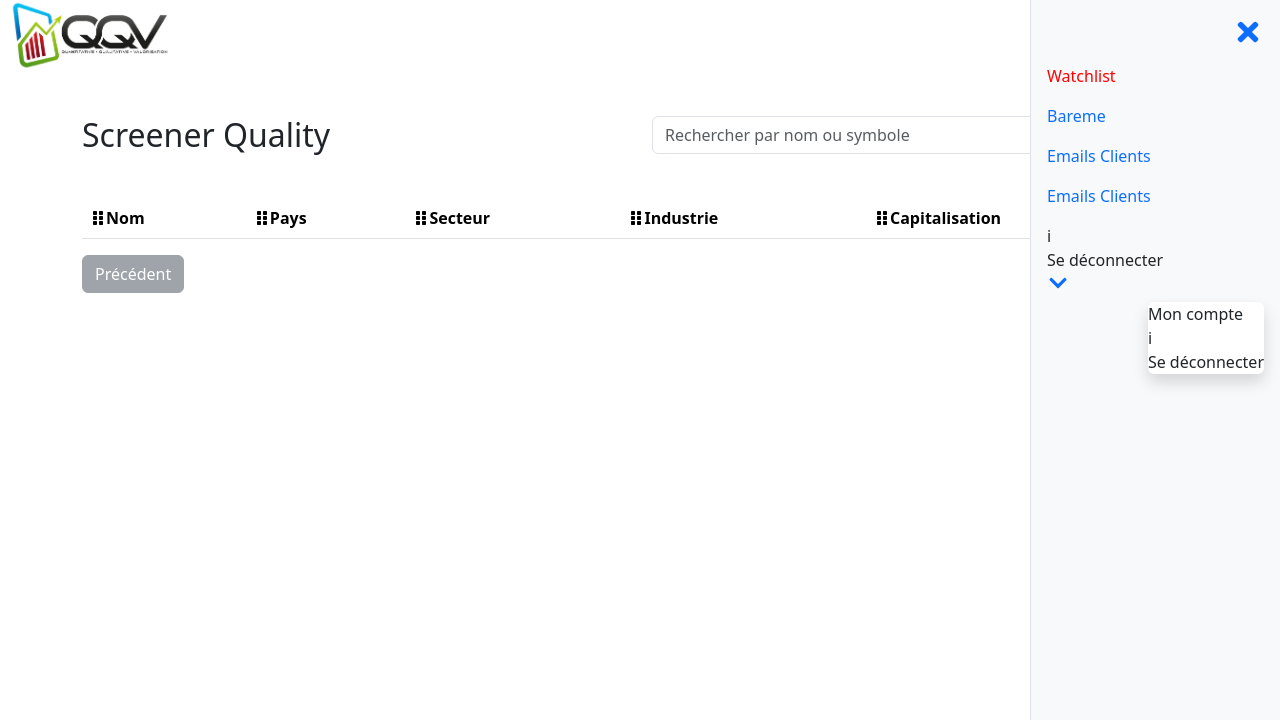
Repository: adamaadev/comeup
Page: /watchlist (app in admin/), after clicking the first element matching `button.btn`
These files come from the project's save history. The page is drawn as it stood at one moment and after the next save; the edit follows.
The browser window is 1280 px wide. The pictures show the whole page.
The page's requests for data from a server got no answer. The project was rebuilt for these pictures with package versions that can differ from the ones it lists, and the page was loaded fresh each time. No one was signed in, and anything a server would have sent is missing. Also part of the build but not shown: admin/src/pages/Auth/Login.js, admin/src/pages/Home/Prix.js, admin/src/pages/Home/Douve.js, admin/src/pages/Home/Scenario.js, admin/src/pages/Services/Questions.js, admin/src/pages/Home/Analyse.js, admin/src/pages/Home/Foire.js, admin/src/pages/Home/Quali.js and 9 more.

Above is the page before, as saved 2024-09-09 16:59:52.

### admin/public/index.html
<!DOCTYPE html>
<html lang="en">
  <head>
    <meta charset="utf-8" />
    <link rel="icon" href="%PUBLIC_URL%/favicon.ico" />
    <meta name="viewport" content="width=device-width, initial-scale=1" />
    <meta name="theme-color" content="#000000" />
    <meta
      name="description"
      content="Web site created using create-react-app"
    />
    <link rel="apple-touch-icon" href="%PUBLIC_URL%/logo192.png" />
    <link href='https://cdn.jsdelivr.net/npm/boxicons@2.0.9/css/boxicons.min.css' rel='stylesheet'>

    <!--
      manifest.json provides metadata used when your web app is installed on a
      user's mobile device or desktop. See https://developers.google.com/web/fundamentals/web-app-manifest/
    -->
    <link rel="manifest" href="%PUBLIC_URL%/manifest.json" />
    <!--
      Notice the use of %PUBLIC_URL% in the tags above.
      It will be replaced with the URL of the `public` folder during the build.
      Only files inside the `public` folder can be referenced from the HTML.

      Unlike "/favicon.ico" or "favicon.ico", "%PUBLIC_URL%/favicon.ico" will
      work correctly both with client-side routing and a non-root public URL.
      Learn how to configure a non-root public URL by running `npm run build`.
    -->
    <title>React App</title>
  </head>
  <body>
    <noscript>You need to enable JavaScript to run this app.</noscript>
    <div id="root"></div>
    <!--
      This HTML file is a template.
      If you open it directly in the browser, you will see an empty page.

      You can add webfonts, meta tags, or analytics to this file.
      The build step will place the bundled scripts into the <body> tag.

      To begin the development, run `npm start` or `yarn start`.
      To create a production bundle, use `npm run build` or `yarn build`.
    -->
  </body>
</html>

### admin/src/index.js
import React from 'react';
import App from './App';
import './pages/style/index.css';
import ReactDOM from 'react-dom/client';
import 'bootstrap/dist/css/bootstrap.min.css';

const root = ReactDOM.createRoot(document.getElementById('root'));
root.render(
    <App />
);

### admin/src/App.js
import React, { useEffect, useState } from 'react'
import axios from 'axios';
import Home from './pages/Home/Home';
import Login from './pages/Auth/Login';
import WatchList from './pages/Home/Watchlist';
import Details from './pages/Home/Details';
import Setting from './pages/Home/Setting';
import Forget from './pages/Auth/Forget';
import Screener from './pages/Home/Screener';
import ResetPassword from './pages/Auth/ResetPassword';
import Signup from './pages/Auth/Signup';
import Gestion from './pages/Home/Gestion';
import { BrowserRouter , Routes , Route , Navigate} from 'react-router-dom';
import Bareme from './pages/Home/Bareme';

export default function App() {
  const [auth, setauth] = useState(false);
  const type = "admin";

  axios.defaults.withCredentials = true;
  useEffect(() => {
    axios.post('http://localhost:4000/',{ type }).then(res => {
      if (res.data.success) {
        setauth(true);
      }
    });
  }, []);

  return (
    <BrowserRouter>
      <Routes>
        <Route path='/' element = { <Home/> }>
          <Route path='/' element = {<Screener/> }/>
          <Route path='/watchlist' element = {<WatchList/>}/>
          <Route path='/gestion' element = {<Gestion/>}/>
          <Route path='/details/:symbol' element = {<Details/>}/>
          <Route path='/compte' element = {<Setting/>}/>
          <Route path='/bareme' element={<Bareme/>}/>
        </Route>
        <Route path='/forget' element = {auth ? <Navigate to="/" /> : <Forget/>}/>
        <Route path='/reset-password/:token' element = {auth ? <Navigate to="/" /> : <ResetPassword/>}/>
        <Route path='/login' element = {auth ? <Navigate to="/" /> :<Login />}/>
        <Route path='*' element = { auth ? <Navigate to="/" /> : <Login />}/>
        <Route path='/signup' element = { auth ? <Navigate to="/" /> : <Signup />}/>
      </Routes>
    </BrowserRouter>
  )
}

### admin/src/pages/style/index.css
.active{
    color: red;
}

  .table th {
    height: 60px; /* Hauteur fixe pour les th */
  }

  @media (max-width: 768px) {
    .table-responsive {
      overflow-x: auto;
    }

    .table th, .table td {
      font-size: 14px;
      height: auto;
    }

    .company-logo {
      width: 40px;
      height: 40px;
    }
  }
  .text-center {
    text-align: center;
  }

  .symbol{
    font-weight: bold;
  }

.kilo{
    display: inline-block;
  }

  .sidebar {
    transform: translateX(100%);
    transition: transform 0.3s ease-in-out;
  }

  .sidebar.open {
    transform: translateX(0);
  }

  .header-shadow {
    box-shadow: 0 2px 4px rgba(0,0,0,.1);
  }

  header{
    width: 100% !important;
  }

  .company-logo {
    width: 50px;
    height: 50px;
  }

  .nav-link {
    color: #6c757d; /* Couleur des onglets inactifs */
    font-weight: bold;
  }

  .nav-link.active {
    color: #007bff; /* Couleur de l'onglet actif */
    border-bottom: 3px solid #007bff; /* Soulignement bleu pour l'onglet actif */
  }

  .nav-link:hover {
    color: #0056b3; /* Changement de couleur au survol */
  }

  button.btn {
    display: flex;
    align-items: center;
    gap: 5px;
  }
  .container {
    .company-name {
      font-size: 1.5rem;
      font-weight: bold;
    }
    .stock-price {
      font-size: 1.2rem;
      color: #666;
    }
    .nav-tabs {
      border-bottom: 2px solid #dee2e6;
      .nav-link {
        color: #000;
        &.active {
          font-weight: bold;
          color: #007bff;
          border-bottom: 3px solid #007bff;
        }
      }
    }
    .chart-section {
      width: 70%;
      padding-right: 20px;
    }
    .info-section {
      width: 30%;
      background-color: #f8f9fa;
      padding: 20px;
      height: max-content;
      border-radius: 5px;
    }
  }

  .chart-container {
    position: relative;
    display: flex;
    flex-direction: column;
    align-items: center;
  }

  .chart-wrapper {
    position: relative;
    width: 100%;
    height: 400px;
  }

  .logo-overlay {
    position: absolute;
    top: 50%;
    left: 50%;
    width: 150px;
    height: 150px;
    transform: translate(-50%, -50%);
    pointer-events: none;
  }

  .grid-container {
    display: flex;
    flex-wrap: wrap;
    gap: 20px; /* Espacement entre les colonnes */
  }

  .grid-container ul {
    list-style-type: none;
    padding: 0;
    margin: 0;
    width: 45%; /* Chaque liste prendra environ la moitié de la largeur */
  }

  .grid-container h2 {
    width: 100%; /* Les titres prendront toute la largeur */
  }

  li {
    margin-bottom: 10px; /* Espacement entre les éléments */
  }

### admin/src/pages/Home/Home.js
import { useState, useEffect } from 'react';
import axios from 'axios';
import logo from '../Assets/logo.jpg';
import { NavLink, Outlet, useNavigate } from 'react-router-dom';
import { FaChevronDown, FaChevronUp, FaBars, FaTimes } from 'react-icons/fa';

export default function Home() {
  const type = "admin";
  const navigate = useNavigate();
  const [name, setName] = useState('');
  const [isMenuOpen, setIsMenuOpen] = useState(false);
  const [isSidebarOpen, setIsSidebarOpen] = useState(false);
  const [hasScrolled, setHasScrolled] = useState(false);

  useEffect(() => {
    axios.post('http://localhost:4000/', { type })
      .then(res => {
        setName(res.data.username);
        if (!res.data.success) {
          navigate('/login');
        }
      });
  }, [navigate]);

  useEffect(() => {
    const handleScroll = () => {
      if (window.scrollY > 0) {
        setHasScrolled(true);
      } else {
        setHasScrolled(false);
      }
    };

    window.addEventListener('scroll', handleScroll);
    return () => {
      window.removeEventListener('scroll', handleScroll);
    };
  }, []);

  const handleLogout = () => {
    axios.post('http://localhost:4000/logout', { type })
      .then(res => {
        if (res.data.success) {
          window.location.reload(true);
        }
      });
  };

  return (
    <div className="d-flex">
      <div className="flex-grow-1 p-3">
        <header className={`d-flex justify-content-between align-items-center py-3 ${hasScrolled ? 'header-shadow' : ''}`} style={{ position: 'fixed', top: 0, left: 0, width: '100%', height: "10%", backgroundColor: '#fff', zIndex: 1000 }}>
          <NavLink to="/" style={{ textDecoration: 'none' }}>
            <img src={logo} style={{ maxWidth: '180px', maxHeight: '180px', display: 'block', margin: '0 auto' }} alt="Logo" />
          </NavLink>
          <button onClick={() => setIsSidebarOpen(!isSidebarOpen)} className="btn btn-link p-0 d-flex align-items-center">
            <FaBars color='#2a2a2a' size={30} />
          </button>
        </header>
        <div style={{ marginTop: '100px' }}>
          <Outlet />
        </div>
      </div>
      {isSidebarOpen && (
        <aside className={`bg-light border-start p-3 position-fixed top-0 end-0 vh-100 sidebar ${isSidebarOpen ? 'open' : ''}`} style={{ minWidth: '250px', zIndex: '1000' }}>
          <button onClick={() => setIsSidebarOpen(false)} className="btn btn-link p-0 position-absolute top-0 end-0 m-3">
            <FaTimes size={30} />
          </button>
          <nav className="d-flex flex-column mt-5">
            <NavLink to={'/watchlist'} style={{ textDecoration: 'none' }} className="mb-3">Watchlist</NavLink>
            <NavLink to={'/bareme'} style={{ textDecoration: 'none' }} className="mb-3">Bareme</NavLink>
            <NavLink to={'/gestion'} style={{ textDecoration: 'none' }} className="mb-3">Emails Clients</NavLink>
            <NavLink to={'/gestion'} style={{ textDecoration: 'none' }} className="mb-3">Emails Clients</NavLink>
            i <button onClick={handleLogout} className="dropdown-item btn btn-link" style={{ textDecoraton: 'none' }}>Se déconnecter</button>

            <div className="d-flex align-items-center position-relative">
              <button onClick={() => setIsMenuOpen(!isMenuOpen)} className="btn btn-link p-0 d-flex align-items-center" style={{ textDecoration: 'none' }}>
                {name}
                {isMenuOpen ? <FaChevronUp size={20} /> : <FaChevronDown size={20} />}
              </button>
                <div className="position-absolute top-100 end-0 bg-white shadow rounded mt-2">
                  <NavLink to={'/compte'} className="dropdown-item" style={{ textDecoration: 'none' }}>Mon compte</NavLink>
                 i <button onClick={handleLogout} className="dropdown-item btn btn-link" style={{ textDecoraton: 'none' }}>Se déconnecter</button>
                </div>
            </div>
          </nav>
        </aside>
      )}
    </div>
  );
}

Loaded but not shown: admin/src/pages/Home/Watchlist.js (395 lines, source omitted)

After the next save:
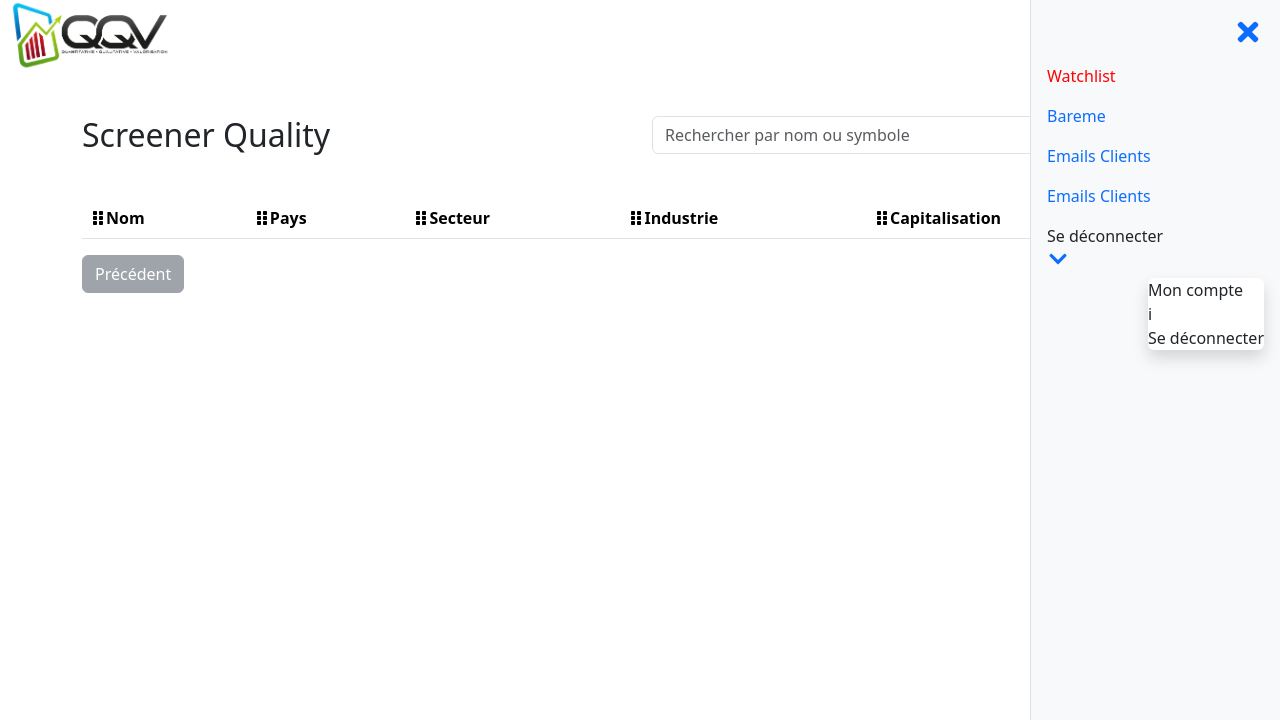
Saved 4 s later.
--- a/admin/src/pages/Home/Home.js
+++ b/admin/src/pages/Home/Home.js
@@ -71,7 +71,7 @@ export default function Home() {
             <NavLink to={'/bareme'} style={{ textDecoration: 'none' }} className="mb-3">Bareme</NavLink>
             <NavLink to={'/gestion'} style={{ textDecoration: 'none' }} className="mb-3">Emails Clients</NavLink>
             <NavLink to={'/gestion'} style={{ textDecoration: 'none' }} className="mb-3">Emails Clients</NavLink>
-            i <button onClick={handleLogout} className="dropdown-item btn btn-link" style={{ textDecoraton: 'none' }}>Se déconnecter</button>
+            <button onClick={handleLogout} className="dropdown-item btn btn-link" style={{ textDecoraton: 'none' }}>Se déconnecter</button>
 
             <div className="d-flex align-items-center position-relative">
               <button onClick={() => setIsMenuOpen(!isMenuOpen)} className="btn btn-link p-0 d-flex align-items-center" style={{ textDecoration: 'none' }}>
